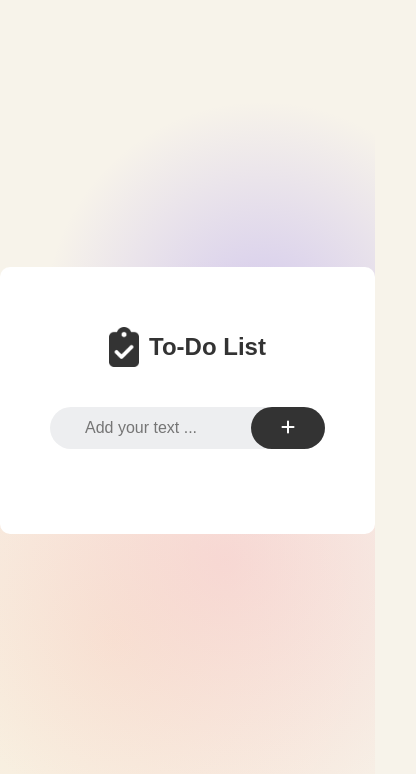
Repository: maltika/To-do_list
Page: index.html
The author's editor kept a copy of each file at every save. The page is drawn from the files as they stood at one save, then again after the next save.
The browser window is 375 px wide. The page is 375 px wide, then 416 px, so the pictures cover 416 px, including what lies to the right of the window. The pictures show the whole page.

Above is the page before, as saved 2025-05-20 15:10:35.

After the next save:
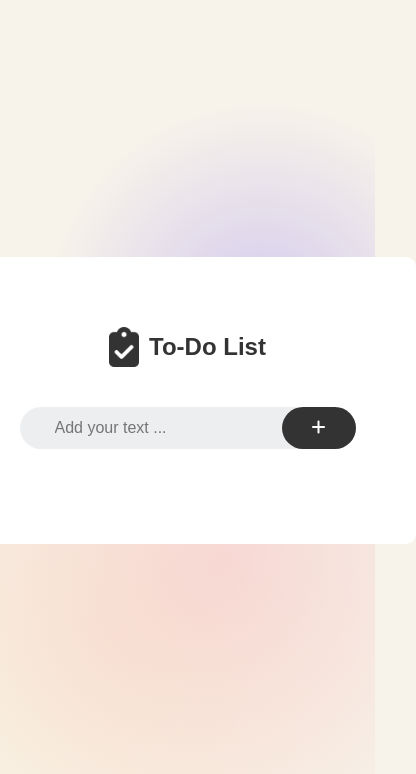
Saved 76 s later.
--- a/style.css
+++ b/style.css
@@ -156,9 +156,10 @@ ul li span:hover{
     background-color: #dcdbdb;
 }
 
-@media (max-width: 500px) {
-    .todo-app {
-        padding: 30px 20px 60px; /* เพิ่ม padding ซ้าย-ขวา */
-        margin: 50px 15px;       /* เพิ่ม margin ซ้าย-ขวา */
-    }
+@media (max-width: 600px) {
+  .todo-app {
+    margin-left: 20px;
+    margin-right: 20px;
+    width: auto; /* ยกเลิก width 100% ถ้าเคยตั้งไว้ */
+  }
 }
